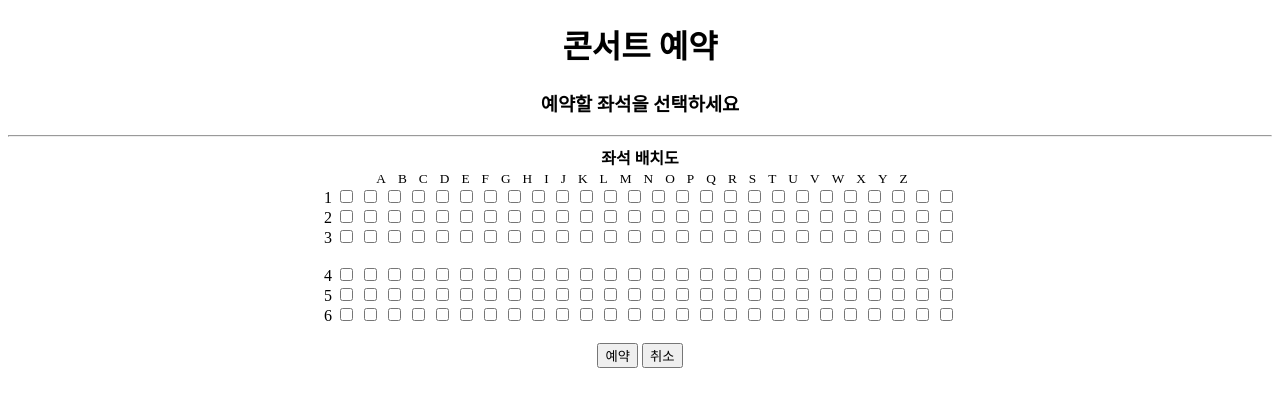
Repository: bbseok97/HTML
Page: http://localhost/jspbasic/application/reserve.jsp
The author's editor kept a copy of each file at every save. The page is drawn from the files as they stood at one save, then again after the next save.
The browser window is 1280 px wide. The pictures show the whole page.
The page is served by Tomcat 9.

Above is the page before, as saved 2024-04-09 03:45:56.

After the next save:
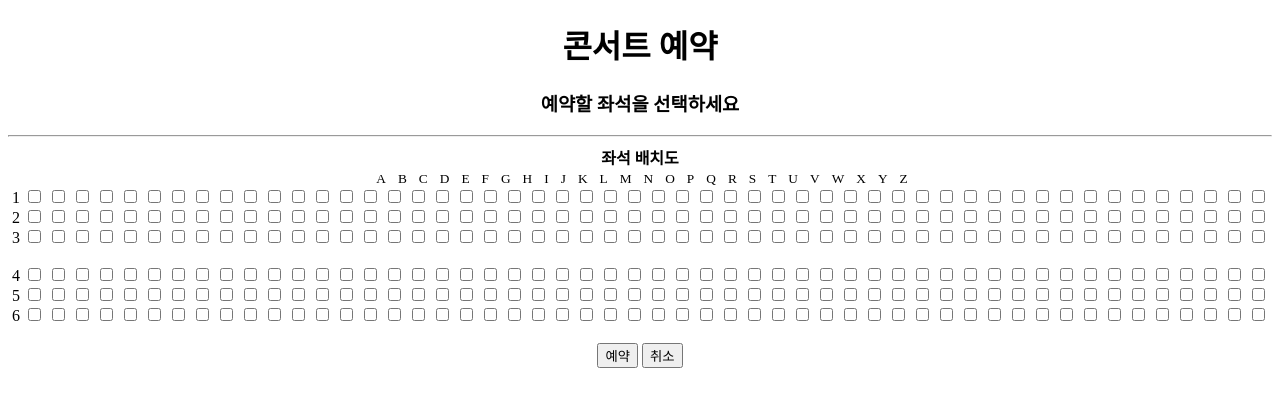
Saved 24 s later.
--- a/jspbasic/src/main/webapp/application/reserve.jsp
+++ b/jspbasic/src/main/webapp/application/reserve.jsp
@@ -31,6 +31,8 @@
 				<% for(char c='A'; c <= 'Z'; c++ ) {%>
 					<%if(list.contains(c+"-"+i)) {%>
 					<input type="checkbox" name="seat" value="<%=c%>-<%=i%>" disabled>
+					<%}else { %>
+						<input type="checkbox" name="seat" value="<%=c%>-<%=i%>">
 					<%} %>
 					<input type="checkbox" name="seat" value="<%=c%>-<%=i%>">
 				<%} %>

After the save that followed:
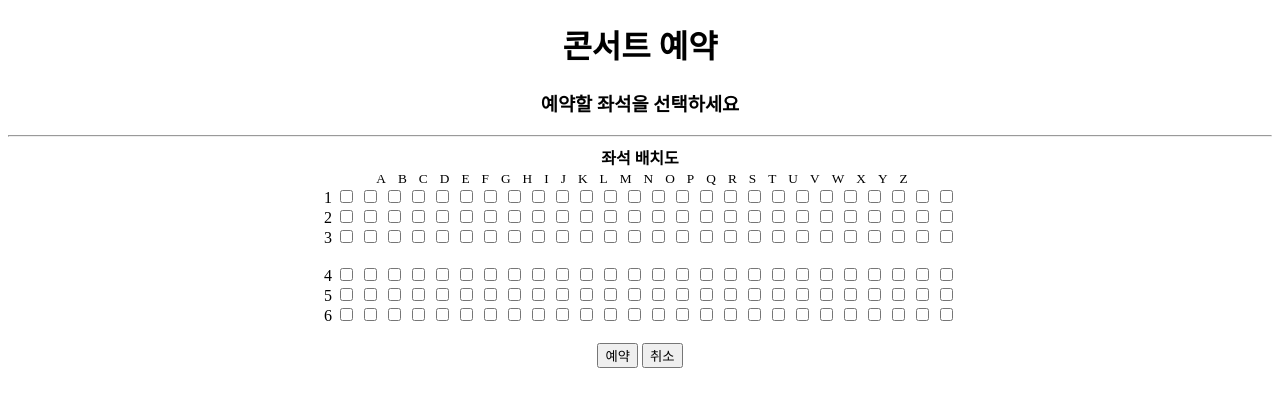
Saved 2 min 39 s later.
--- a/jspbasic/src/main/webapp/application/reserve.jsp
+++ b/jspbasic/src/main/webapp/application/reserve.jsp
@@ -34,7 +34,6 @@
 					<%}else { %>
 						<input type="checkbox" name="seat" value="<%=c%>-<%=i%>">
 					<%} %>
-					<input type="checkbox" name="seat" value="<%=c%>-<%=i%>">
 				<%} %>
 				<br>
 				<%if(i ==3){ %>
